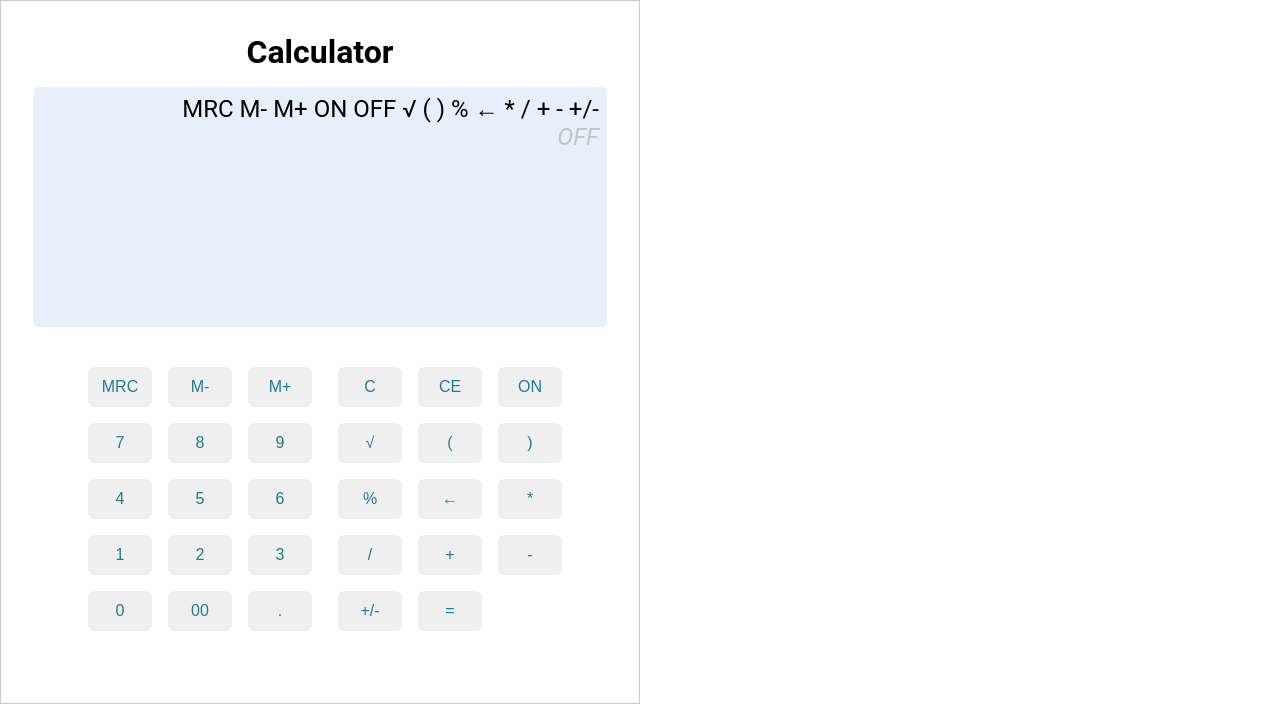
Repository: Denis793/CalculatorNew
Page: index.html
An editor plug-in stored every save of this project. The page is shown before and after the next save, followed by the edit.
The browser window is 1280 px wide. The pictures show the whole page.
The style sheet was rebuilt from its Sass, Less or Tailwind sources for each picture, by a compiler version that may differ from the author's.

Above is the page before, as saved 2025-05-17 15:17:00.

### index.html
<!DOCTYPE html>
<html lang="en">
  <head>
    <meta charset="UTF-8" />
    <meta name="viewport" content="width=device-width, initial-scale=1.0" />
    <link rel="stylesheet" href="./app/style/css/main.css" />
    <title>Calculator</title>
  </head>
  <body>
    <div class="calculator">
      <h1>Calculator</h1>

      <div class="display">
        <div class="indicators">
          <span data-key="MRC" class="indicator">MRC</span>
          <span data-key="M-" class="indicator">M-</span>
          <span data-key="M+" class="indicator">M+</span>
          <span data-key="ON" class="indicator">ON</span>
          <span data-key="OFF" class="indicator">OFF</span>
          <span data-key="√" class="indicator">√</span>
          <span data-key="(" class="indicator">(</span>
          <span data-key=")" class="indicator">)</span>
          <span data-key="%" class="indicator">%</span>
          <span data-key="←" class="indicator">←</span>
          <span data-key="*" class="indicator">*</span>
          <span data-key="/" class="indicator">/</span>
          <span data-key="+" class="indicator">+</span>
          <span data-key="-" class="indicator">-</span>
          <span data-key="+/-" class="indicator">+/-</span>
        </div>

        <ul id="historyList"></ul>
        <div class="previous"></div>
        <div class="current"></div>
      </div>

      <div class="keypad">
        <div class="leftSection">
          <div class="memoryButton buttonSection">
            <button class="button">MRC</button>
            <button class="button">M-</button>
            <button class="button">M+</button>
          </div>

          <div class="numbersButtons buttonSection">
            <button class="button">7</button>
            <button class="button">8</button>
            <button class="button">9</button>

            <button class="button">4</button>
            <button class="button">5</button>
            <button class="button">6</button>

            <button class="button">1</button>
            <button class="button">2</button>
            <button class="button">3</button>

            <button class="button">0</button>
            <button class="button">00</button>
            <button class="button">.</button>
          </div>
        </div>

        <div class="rightSection">
          <div class="clearButtons buttonSection">
            <button class="button ac">C</button>
            <button class="button">CE</button>
            <button class="button">ON</button>
          </div>

          <div class="functionalButton buttonSection">
            <button class="button">√</button>
            <button class="button">(</button>
            <button class="button">)</button>
            <button class="button">%</button>
            <button class="button">←</button>
            <button class="button">*</button>
            <button class="button">/</button>
            <button class="button">+</button>
            <button class="button">-</button>
            <button class="button">+/-</button>
            <button class="button">=</button>
          </div>
        </div>
      </div>
    </div>
    <script src="./app/js/main.js" type="module"></script>
  </body>
</html>

### app/js/main.js
import { initializeCalculator } from './state.js';
import './power.js';
import './memory.js';
import './operations.js';
import './equals.js';
import './formatter.js';
import './history.js';
import './inputHandler.js';

initializeCalculator();

### app/js/state.js
import { powerOnCalculator, powerOffCalculator } from './power.js';
import { handleMemory } from './memory.js';
import { handleOperations } from './operations.js';
import { handleEquals } from './equals.js';
import { handleInput } from './inputHandler.js';

export const state = {
  expression: '',
  memory: 0,
  finish: false,
  lastOperator: '',
  lastOperand: '',
  history: [],
  MAX_LENGTH: 12,
  displayPrev: document.querySelector('.previous'),
  displayCurr: document.querySelector('.current'),
  buttons: document.querySelector('.keypad'),
  historyList: document.getElementById('historyList'),
  isPoweredOn: false,
  powerTimeout: null,
};

export function clearAll() {
  state.expression = '';
  state.finish = false;
  state.lastOperator = '';
  state.lastOperand = '';
  state.displayCurr.textContent = '0';
  state.displayPrev.textContent = '';
  state.historyList.innerHTML = '';
  state.history = [];
  document.querySelectorAll('.button').forEach((btn) => btn.classList.remove('active-operator'));
}

export function initializeCalculator() {
  powerOffCalculator();

  document.querySelector('.ac').addEventListener('click', clearAll);

  state.buttons.addEventListener('click', (e) => {
    const btn = e.target;
    if (!btn.classList.contains('button')) return;

    const key = btn.textContent;

    if (key === 'ON') {
      if (!state.isPoweredOn) powerOnCalculator();
      else powerOffCalculator();
      return;
    }

    if (!state.isPoweredOn) return;

    document.querySelectorAll('.button').forEach((b) => b.classList.remove('active-operator'));
    if (['+', '-', '*', '/'].includes(key)) {
      btn.classList.add('active-operator');
    }

    if (handleMemory(key)) return;
    if (handleOperations(key)) return;
    if (handleEquals(key)) return;
    if (handleInput(key)) return;
  });
}

### app/js/power.js
import { state } from './state.js';

export function powerOnCalculator() {
  state.isPoweredOn = true;
  state.displayCurr.textContent = '0';
  state.displayCurr.classList.remove('off'); // прибираємо стиль OFF
  state.displayPrev.textContent = '';
  state.historyList.innerHTML = '';
  state.history = [];

  if (state.powerTimeout) clearTimeout(state.powerTimeout);
  state.powerTimeout = setTimeout(() => {
    powerOffCalculator();
  }, 15 * 60 * 1000); // 15 хв
}

export function powerOffCalculator() {
  state.isPoweredOn = false;
  state.expression = '';
  state.memory = 0;
  state.finish = false;
  state.lastOperator = '';
  state.lastOperand = '';
  state.displayCurr.textContent = 'OFF'; // індикатор
  state.displayCurr.classList.add('off'); // додаємо клас для стилю
  state.displayPrev.textContent = '';
  state.historyList.innerHTML = '';
  state.history = [];
}

### app/js/memory.js
import { state } from './state.js';
import { formatExpression } from './formatter.js';

export function handleMemory(key) {
  if (key === 'MRC') {
    state.displayCurr.textContent = formatExpression(state.memory.toString());
    state.expression = state.memory.toString();
    state.finish = false;
    return true;
  }

  if (key === 'M+') {
    state.memory += parseFloat(state.displayCurr.textContent.replace(/\s/g, '')) || 0;
    return true;
  }

  if (key === 'M-') {
    state.memory -= parseFloat(state.displayCurr.textContent.replace(/\s/g, '')) || 0;
    return true;
  }

  return false;
}

### app/js/operations.js
import { state, clearAll } from './state.js';
import { formatExpression } from './formatter.js';

export function handleOperations(key) {
  if (key === '+/-') {
    if (state.displayCurr.textContent === '0') return true;

    if (state.finish) {
      state.expression = (-parseFloat(state.displayCurr.textContent.replace(/\s/g, ''))).toString();
      state.displayCurr.textContent = formatExpression(state.expression);
      state.finish = false;
    } else if (state.expression) {
      const match = state.expression.match(/(-?\d+\.?\d*)$/);
      if (match) {
        const num = match[0];
        const inverted = (-parseFloat(num)).toString();
        state.expression = state.expression.slice(0, -num.length) + inverted;
      } else {
        state.expression = '-' + state.expression;
      }
      state.displayCurr.textContent = formatExpression(state.expression);
    }
    return true;
  }

  if (key === '←') {
    if (state.finish) return true;
    state.expression = state.expression.slice(0, -1);
    state.displayCurr.textContent = formatExpression(state.expression) || '0';
    return true;
  }

  if (key === '%') {
    state.expression += '/100';
    state.displayCurr.textContent = formatExpression(state.expression);
    return true;
  }

  if (key === '√') {
    if (state.expression === '') return true;

    const originalExpression = state.expression;
    const result = Math.sqrt(eval(originalExpression));
    const visibleExpr = `√${originalExpression}`;

    state.expression = result.toString();
    state.displayCurr.textContent = formatExpression(state.expression);
    state.displayPrev.textContent = visibleExpr;

    return true;
  }

  if (key === '(' || key === ')') {
    if (state.finish) {
      state.expression = '';
      state.finish = false;
    }
    state.expression += key;
    state.displayCurr.textContent = formatExpression(state.expression);
    return true;
  }

  if (key === 'CE') {
    const match = state.expression.match(/.*?(?:[+\-*/(]|^)([\d.]+)$/);
    if (match) {
      state.expression = state.expression.slice(0, -match[1].length);
    } else {
      state.expression = '';
    }
    state.displayCurr.textContent = formatExpression(state.expression) || '0';
    return true;
  }

  if (key === 'C') {
    clearAll();
    return true;
  }

  return false;
}

### app/js/equals.js
import { state } from './state.js';
import { formatExpression } from './formatter.js';
import { addToHistory } from './history.js';

export function handleEquals(key) {
  if (key !== '=') return false;

  try {
    if (!state.finish) {
      const result = eval(state.expression);
      const match = state.expression.match(/(.+)([+\-*/])\s*(-?\d+\.?\d*)$/);

      if (match) {
        state.lastOperator = match[2];
        state.lastOperand = match[3];
      } else {
        state.lastOperator = '';
        state.lastOperand = '';
      }

      const visible = state.displayPrev.textContent || state.expression;

      state.displayCurr.textContent = formatExpression(result.toString());
      state.expression = result.toString();
      state.finish = true;
      state.displayPrev.textContent = '';

      addToHistory(`${visible} = ${result}`);
    } else if (state.lastOperator && state.lastOperand) {
      state.expression = `${state.expression}${state.lastOperator}${state.lastOperand}`;
      const result = eval(state.expression);
      state.displayCurr.textContent = formatExpression(result.toString());
      state.expression = result.toString();
      addToHistory(`${state.expression} = ${result}`);
    }
  } catch {
    state.displayCurr.textContent = 'Error';
    state.expression = '';
  }

  return true;
}

### app/js/formatter.js
export function formatExpression(raw) {
  return raw.replace(/\d{1,}/g, (match) => match.replace(/\B(?=(\d{3})+(?!\d))/g, ' '));
}

### app/js/history.js
import { state } from './state.js';

export function addToHistory(item) {
  state.history.push(item);
  if (state.history.length > 3) state.history.shift();

  state.historyList.innerHTML = '';
  state.history.forEach((entry) => {
    const li = document.createElement('li');
    li.textContent = entry;
    state.historyList.appendChild(li);
  });
}

### app/js/inputHandler.js
import { state } from './state.js';
import { formatExpression } from './formatter.js';

export function handleInput(key) {
  const allowed = ['0', '1', '2', '3', '4', '5', '6', '7', '8', '9', '.', '+', '-', '*', '/', '00'];
  if (!allowed.includes(key)) return false;

  if (state.finish) {
    if (!isNaN(key) || key === '(') state.expression = '';
    state.finish = false;
  }

  const digitsOnly = state.expression.replace(/\D/g, '');
  if (digitsOnly.length >= state.MAX_LENGTH) return true;

  if (state.displayCurr.textContent === '0' && !isNaN(key)) {
    state.expression = key;
  } else {
    state.expression += key;
  }

  state.displayCurr.textContent = formatExpression(state.expression);
  return true;
}

### app/style/scss/main.scss
@use 'reset' as *;

.calculator {
  padding: 2rem;
  width: 40rem;
  display: flex;
  flex-direction: column;
  justify-content: center;
  align-self: center;
  border: 1px solid #ccc;
}

h1 {
  font-size: 2rem;
  margin-bottom: 1rem;
  text-align: center;
}

.keypad {
  display: flex;

  gap: 10px;
  margin: 2rem auto;
  max-width: 30rem;
}

.buttonSection {
  display: grid;
  grid-template-columns: repeat(3, 1fr);
}

button {
  width: 4rem;
  height: 2.5rem;
  margin: 0.5rem;
  border: none;
  border-radius: 6px;
  color: #1d7c94;
  font-size: 1rem;
  cursor: pointer;
  transition: background-color 0.1s ease;

  &:hover {
    background-color: #0056b3;
    color: #fff;
  }

  &:active {
    background-color: #004085;
  }
}

.display {
  width: 100%;
  height: 15rem;
  border: none;
  border-radius: 6px;
  padding: 0.5rem;
  font-size: 1.5rem;
  text-align: right;
  background-color: #e5f0fb;
}

.active-operator {
  background-color: #ffa500;
  color: #fff;
}

ul {
  list-style: none;
  padding: 0;
  margin: 0;
}

li {
  font-family: monospace;
  font-size: 0.8rem;
  padding: 4px 0;
  border-bottom: 1px solid #ccc;
}

.current.off {
  color: #aaa;
  font-style: italic;
  opacity: 0.6;
}

### app/style/scss/_reset.scss
* {
  margin: 0;
  padding: 0;
  box-sizing: border-box;
}

body {
  font-family: 'Roboto', sans-serif;
  font-size: 10px;
}

After the next save:
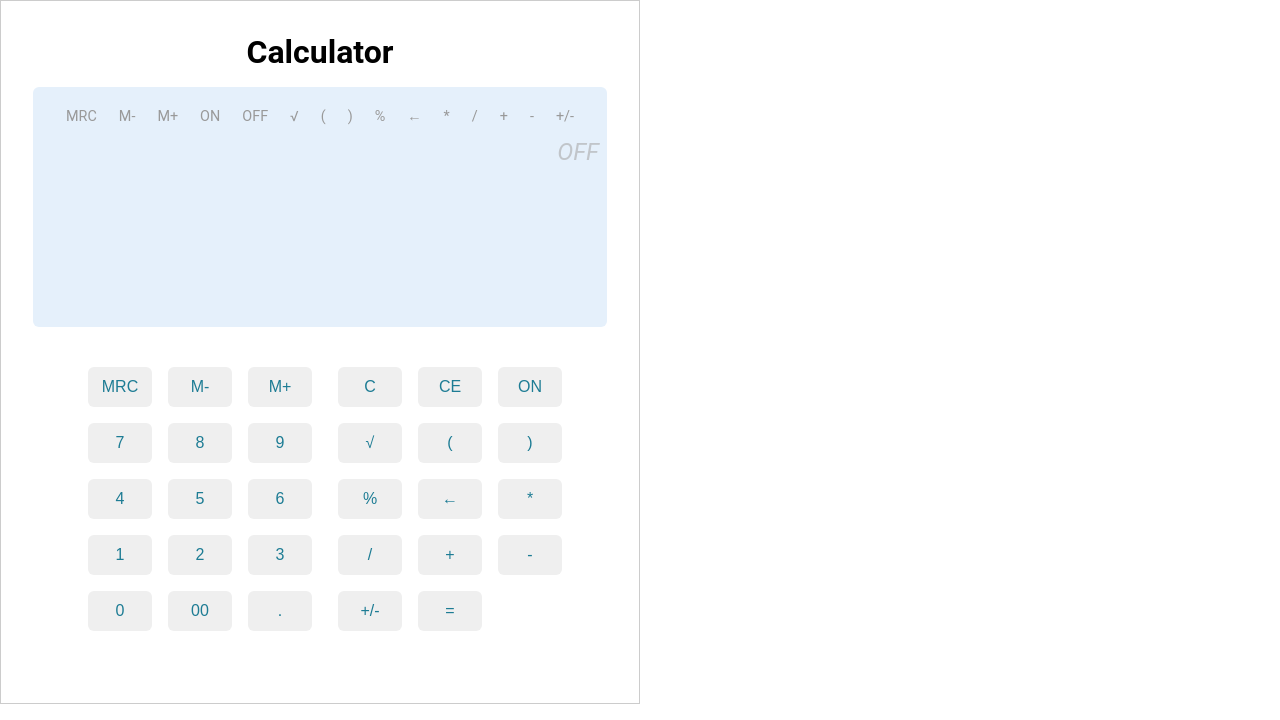
Saved 57 s later.
--- a/app/style/scss/main.scss
+++ b/app/style/scss/main.scss
@@ -84,3 +84,26 @@ li {
   font-style: italic;
   opacity: 0.6;
 }
+
+.indicators {
+  display: flex;
+  flex-wrap: wrap;
+  gap: 8px;
+  padding: 10px;
+  font-size: 0.9rem;
+  justify-content: center;
+  color: #999;
+}
+
+.indicator {
+  padding: 2px 6px;
+  border-radius: 4px;
+  border: 1px solid transparent;
+  transition: 0.2s;
+}
+
+.indicator.active {
+  color: #fff;
+  background-color: #2d8cf0;
+  border-color: #2d8cf0;
+}
